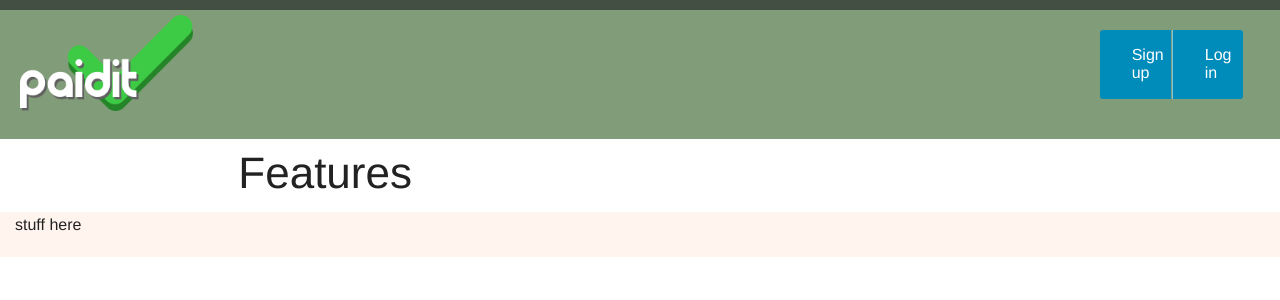
Repository: jcskillings/paidit
Page: splash.html
The author's editor kept a record of every edit. The page is drawn from the files as they stood at one moment, then again after the next edit.
The browser window is 1280 px wide. The pictures show the whole page.

Above is the page before.

### splash.html
<!doctype html>
<html class="no-js" lang="en">
  <head>
    <meta charset="utf-8" />
    <meta name="viewport" content="width=device-width, initial-scale=1.0" />
    <title>Paidit | Simple Bill Management</title>

    <link rel="stylesheet" href="css/foundation.css" />
    <link rel="stylesheet" href="css/splash.css" />


    <script src="js/vendor/modernizr.js"></script>
    <script src="splash.js"></script>

  </head>
  <body>


    <div class="row fullWidth" id="tipTopRow">

    </div>

    <div class="row fullWidth" div id="topRow">
          <div class="large-2  xlarge-2 columns">

            <a><img src="img/logoSm.png" id="mainLogo"/></a>
          </div>




            <div class="large-2 columns">
              <ul class="button-group radius even-2 " id="loginButtons">
             <li><a href="#" data-reveal-id="regModal" class="button">Sign up</a></li>
              <li><a href="#" data-reveal-id="loginModal" class=" button">Log in</a></li>
            </ul>
            </div>



    </div>
    <div id="middle">
      <div class="row">
        <div class="large-10 large-centered columns">
         <h1>Features</h1>
        </div>
      </div>
    </div>


    <div class="row fullWidth" id="bottomRow">
          <div class="large-12 xlarge-12 columns">
            <p>stuff here</p>
          </div>
    </div>



    <!-- MODALS FOR SIGN UP AND LOGIN-->
    <div div id="regModal" class="reveal-modal small" data-reveal aria-labelledby="Sign Up" aria-hidden="true" role="dialog">
      <div class="row">
          <div class="large-6 large-centered columns">
            <a><img src="img/logoSm.png" /></a>
          </div>
        </div>
      <form>
        <div class="row">
          <div class="large-6 columns">
            <label>Username
            <input type="text" placeholder="username" id='regUsername' />
          <div class="large-6 columns">
            <label>Email Address
            <input type="text" placeholder="you@example.com" id='regEmail'/>
            </label>
          </div>

          </div>
        </div>
        <div class="row">
          <div class="large-6 columns">
            <label>Password
            <input type="password" placeholder="******" id='regPassword' />
            </label>
          </div>
        </div>

        <div class="row">
          <div class="large-6 columns">
            <label>Confirm Password
            <input type="password" placeholder="*******" id='regPassConfirm'/>
            </label>
          </div>
        </div>

        <div class="row">
          <div class="large-6 columns">
            <label>First Name
            <input type="text" placeholder="first name" id='regFirstName'/>
            </label>
          </div>
        </div>
        <div class="row">
          <div class="large-6 columns">
            <label>Last Name
            <input type="text" placeholder="last name" id='regLastName'/>
            </label>
          </div>
        </div>
        <!-- moved email field
        <div class="row">
          <div class="large-6 columns">
            <label>Email Address
            <input type="text" placeholder="you@example.com" id='regEmail'/>
            </label>
          </div>
        </div>
        -->
        <div class="row">
            <div class="large-4 columns">
              <a href="#" class="radius button">Sign Up</a>
            </div>
          </div>
      </form>
       <a class="close-reveal-modal" aria-label="Close">&#215;</a>
      </div>

      <!-- Login modal-->
      <div div id="loginModal" class="reveal-modal tiny" data-reveal aria-labelledby="Register" aria-hidden="true" role="dialog">
        <form>
          <div class="row">
            <div class="large-6  columns">
              <label>Username
              <input type="text" placeholder="username" id='loginUsername'/>
              </label>
            </div>
          </div>
          <div class="row">
            <div class="large-6 columns">
              <label>Password
              <input type="password" placeholder="********" id='loginPassword'/>
              </label>
            </div>
          </div>
          <div class="row">
            <div class="large-4 columns">
              <a href="#" class="radius button">Login</a>
            </div>
          </div>

          <a class="close-reveal-modal" aria-label="Close">&#215;</a>
        </form>

      </div>







    <!-- jquery and foundation -->
    <script src="js/vendor/jquery.js"></script>
    <script src="/js/vendor/fastclick.js"></script>
    <script src="js/foundation.min.js"></script>

     <script>
      $(document).foundation();
    </script>
  </body>
</html>

### css/splash.css
#topRow {

    background: #809C78 !important;
}
#tipTopRow {
    background: #444F43 !important;
    height: 10px;
}

#bottomRow {

    background: #FFF5EE !important;
    width: 100% !important;
}

#mainLogo {
    padding: 5px;
}
#loginButtons {
    padding: 20px;
}
.fullWidth {
   width: 100% !important;
   margin-left: auto;
   margin-right: auto;
   max-width: 100% !important;
}

Loaded but not shown: css/foundation.css (library); js/vendor/modernizr.js (library); js/vendor/jquery.js (library); js/vendor/fastclick.js (library); js/foundation.min.js (library); js/splash.js (no copy from this time; the picture is the same without it)

After the next edit:
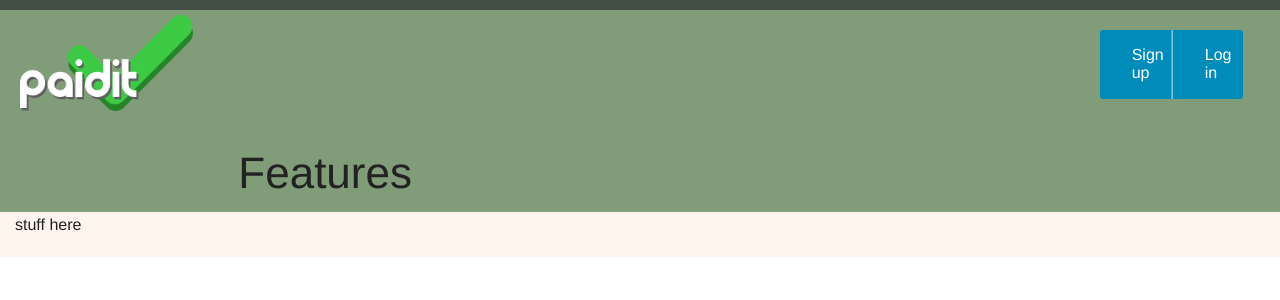
The edit:
--- a/css/splash.css
+++ b/css/splash.css
@@ -1,4 +1,4 @@
-#topRow {
+#topRow, #middle{
 
     background: #809C78 !important;
 }
